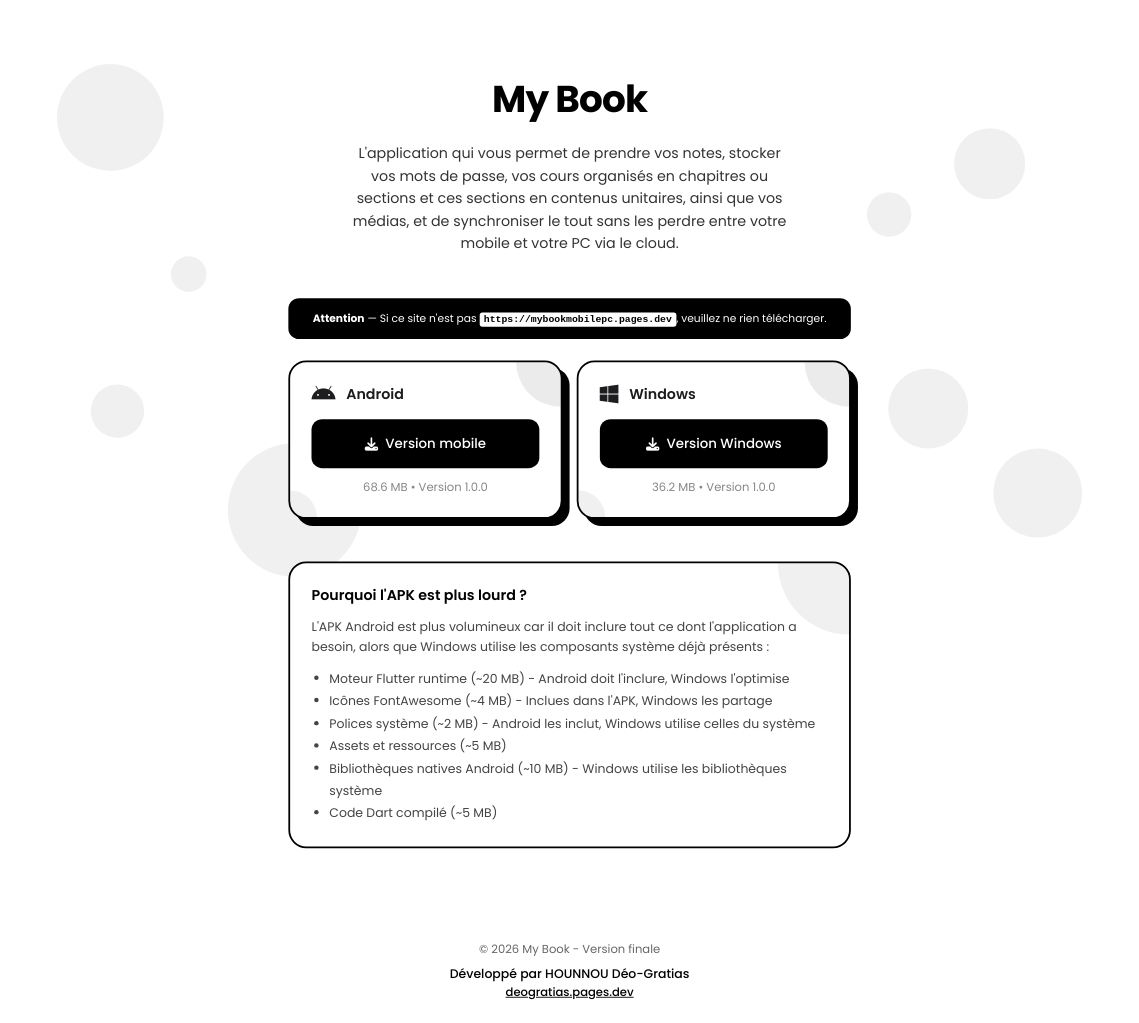
Repository: Deogratiasdev/app
Page: test.html
The author's editor kept a copy of each file at every save. The page is drawn from the files as they stood at one save, then again after the next save.
The browser window is 1280 px wide. The pictures show the whole page, at 89% of full size.

Above is the page before, as saved 2026-04-12 00:24:29.

After the next save:
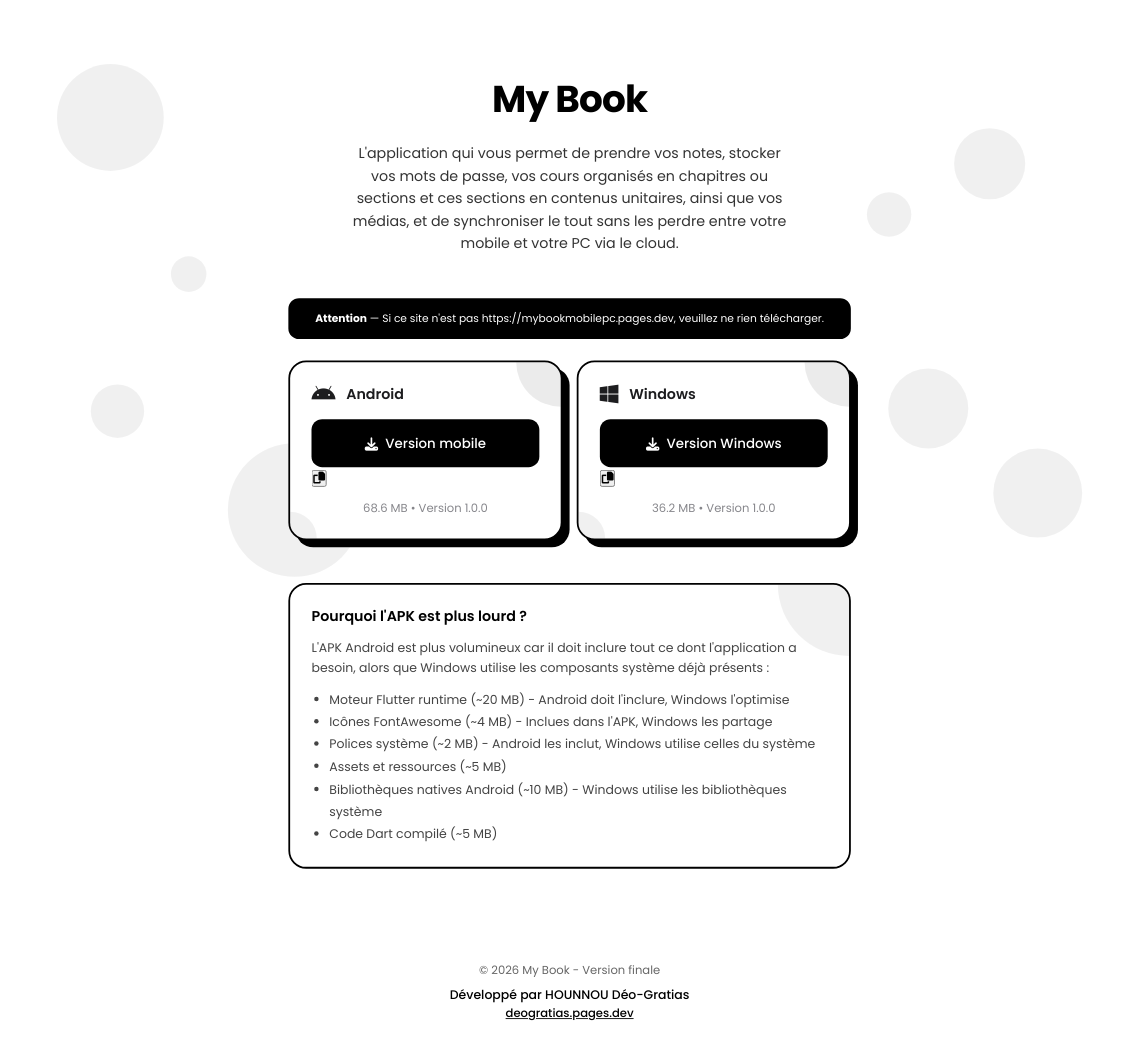
Saved 3 min 15 s later.
--- a/test.html
+++ b/test.html
@@ -44,15 +44,6 @@
             text-align: center;
             line-height: 1.5;
         }
-        .warning-box code {
-            background: #ffffff;
-            color: #000000;
-            padding: 2px 5px;
-            border-radius: 3px;
-            font-family: 'Courier New', monospace;
-            font-size: 11px;
-            font-weight: 600;
-        }
         h1 {
             font-size: 42px;
             font-weight: 700;
@@ -263,7 +254,7 @@
         </div>
 
         <div class="warning-box">
-            <strong>Attention</strong> — Si ce site n'est pas <code>https://mybookmobilepc.pages.dev</code>, veuillez ne rien télécharger.
+            <strong>Attention</strong> — Si ce site n'est pas https://mybookmobilepc.pages.dev, veuillez ne rien télécharger.
         </div>
 
         <div class="downloads">
@@ -272,7 +263,10 @@
                     <i class="fab fa-android"></i>
                     <h2>Android</h2>
                 </div>
-                <a href="https://github.com/Deogratiasdev/app/raw/main/releases/MyBook.apk" download class="download-btn"><i class="fas fa-download"></i> Version mobile</a>
+                <div class="download-row">
+                    <a href="https://github.com/Deogratiasdev/app/raw/main/releases/MyBook.apk" download class="download-btn"><i class="fas fa-download"></i> Version mobile</a>
+                    <button class="copy-btn" onclick="copyUrl('https://github.com/Deogratiasdev/app/raw/main/releases/MyBook.apk')" title="Copier le lien"><i class="fas fa-copy"></i></button>
+                </div>
                 <p class="download-info">68.6 MB • Version 1.0.0</p>
             </div>
 
@@ -281,7 +275,10 @@
                     <i class="fab fa-windows"></i>
                     <h2>Windows</h2>
                 </div>
-                <a href="https://github.com/Deogratiasdev/app/raw/main/releases/MyBook_Setup.exe" download class="download-btn"><i class="fas fa-download"></i> Version Windows</a>
+                <div class="download-row">
+                    <a href="https://github.com/Deogratiasdev/app/raw/main/releases/MyBook_Setup.exe" download class="download-btn"><i class="fas fa-download"></i> Version Windows</a>
+                    <button class="copy-btn" onclick="copyUrl('https://github.com/Deogratiasdev/app/raw/main/releases/MyBook_Setup.exe')" title="Copier le lien"><i class="fas fa-copy"></i></button>
+                </div>
                 <p class="download-info">36.2 MB • Version 1.0.0</p>
             </div>
         </div>
